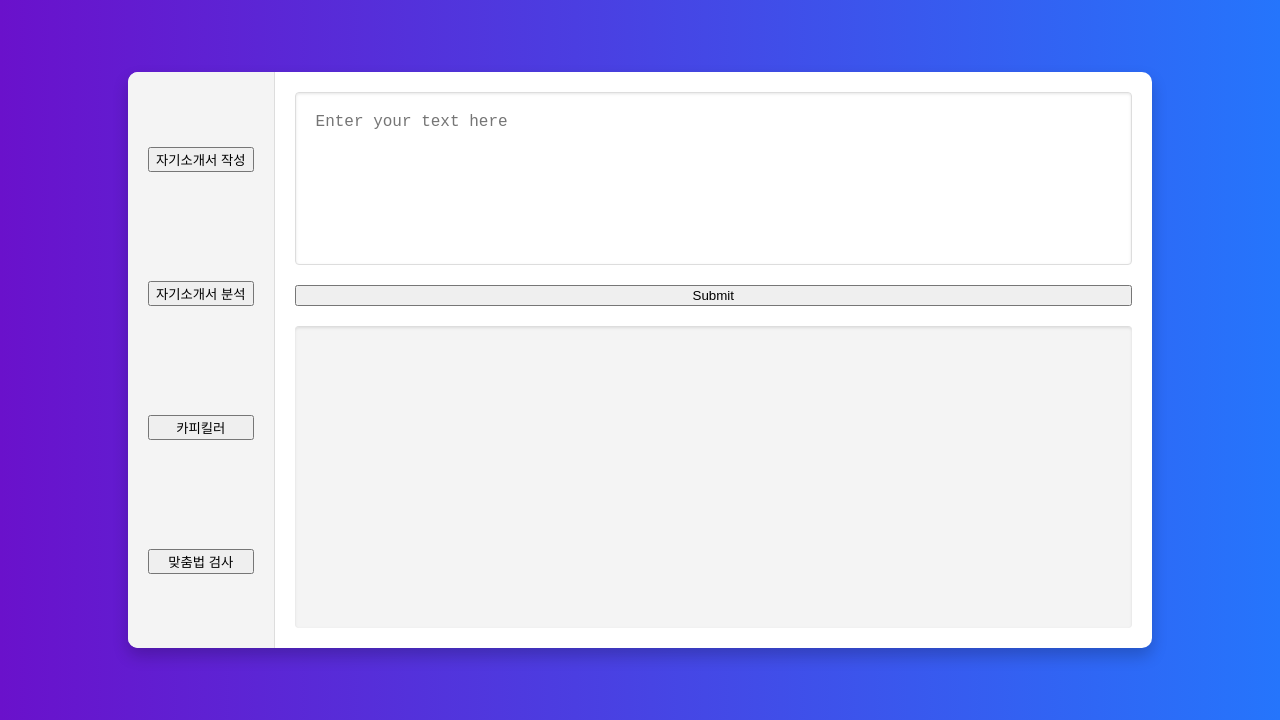
Repository: Choi9912/Flask_IntroduceGPT
Page: http://localhost/
These files come from the project's save history. The page is drawn as it stood at one moment and after the next save; the edit follows.
The browser window is 1280 px wide. The pictures show the whole page.
The page is served by the project's application, run on Flask 3 (app.py).

Above is the page before, as saved 2024-07-30 12:19:43.

### templates/index.html
<!doctype html>
<html lang="en">
<head>
    <meta charset="UTF-8">
    <title>AI Q&A</title>
    <link rel="stylesheet" href="{{ url_for('static', filename='style.css') }}">
</head>
<body>
    <div class="container">
        <div class="sidebar">
            <button id="sendBtn">자기소개서 작성</button>
            <button id="analyzeBtn">자기소개서 분석</button>
            <button id="plagiarismBtn">카피킬러</button>
            <button id="spellCheckBtn">맞춤법 검사</button>
        </div>
        <div class="content">
            <textarea id="inputArea" placeholder="Enter your text here" spellcheck="false"></textarea>
            <button id="actionBtn">Submit</button>
            <div id="output"></div>
        </div>
    </div>
    <script src="{{ url_for('static', filename='script.js') }}"></script>
</body>
</html>

### app.py
from flask import Flask, request, jsonify, render_template
import requests
import logging
import os

from dotenv import load_dotenv

load_dotenv()
API_URL = os.getenv('API_URL')
# Configure logging
logging.basicConfig(level=logging.DEBUG)

app = Flask(__name__)

class SelfIntroductionAnalyzer:
    def __init__(self, api_url):
        self.api_url = api_url

    def analyze(self, introduction, method):
        if method == 'iterative_refinement':
            return self.iterative_refinement(introduction)
        elif method == 'step_by_step':
            return self.step_by_step(introduction)
        elif method == 'few_shot':
            return self.few_shot(introduction)
        elif method == 'constraint_setting':
            return self.constraint_setting(introduction)
        else:
            return 'Error: Invalid method'

    def iterative_refinement(self, introduction):
        return self.send_request(self.create_messages(introduction))

    def step_by_step(self, introduction):
        steps = [
            "단계 1: 자기소개서를 분석합니다.",
            "단계 2: 주요 포인트와 주제를 식별합니다.",
            "단계 3: 구조와 일관성을 평가합니다."
        ]
        messages = self.create_messages(introduction, " ".join(steps))
        return self.send_request(messages)

    def few_shot(self, introduction):
        examples = [
            {"role": "user", "content": "자기소개서의 강점을 분석해주세요.", "role": "assistant", "content": "자기소개서의 강점은 명확한 목표 설정과 구체적인 경험 사례입니다."},
            {"role": "user", "content": "자기소개서에서 개선할 점을 알려주세요.", "role": "assistant", "content": "자기소개서의 개선할 점은 내용의 일관성과 논리적 흐름입니다."}
        ]
        messages = self.create_messages(introduction, examples=examples)
        return self.send_request(messages)

    def constraint_setting(self, introduction):
        constraints = "최대한 자세하게 알려주세요."
        messages = self.create_messages(introduction, constraints)
        return self.send_request(messages)

    def create_messages(self, introduction, additional_content="", examples=None):
        messages = [
            {"role": "system", "content": "당신은 자기소개서를 분석하는 AI입니다."},
            {"role": "user", "content": f"다음 자기소개서를 분석해주세요: {introduction} {additional_content}"}
        ]
        if examples:
            messages = [{"role": ex["role"], "content": ex["content"]} for ex in examples] + messages
        return messages

    def send_request(self, messages):
        try:
            response = requests.post(self.api_url, json=messages)
            response.raise_for_status()
            return response.json().get('choices')[0]['message']['content']
        except requests.RequestException as e:
            logging.error(f"Error in SelfIntroductionAnalyzer: {e}")
            return 'Error: Unable to get a response from the API'


class SelfIntroductionWriter:
    def __init__(self, api_url):
        self.api_url = api_url

    def write(self, prompt, method):
        if method == 'iterative_refinement':
            return self.iterative_refinement(prompt)
        elif method == 'step_by_step':
            return self.step_by_step(prompt)
        elif method == 'few_shot':
            return self.few_shot(prompt)
        elif method == 'constraint_setting':
            return self.constraint_setting(prompt)
        else:
            return 'Error: Invalid method'

    def iterative_refinement(self, prompt):
        return self.send_request(self.create_messages(prompt))

    def step_by_step(self, prompt):
        steps = [
            "단계 1. 소제목을 넣자: 자기소개서에 소제목을 추가합니다.",
            "단계 2. 두괄식으로 작성하자: 결론부터 말하고 자세한 내용을 덧붙입니다.",
            "단계 3. 문장을 간결하게, 문단을 나눠서 쓰자: 간결하고 명확한 문장을 사용하고, 적절한 문단 나누기로 가독성을 높입니다."
   ]
        messages = self.create_messages(prompt, " ".join(steps))
        return self.send_request(messages)

    def few_shot(self, prompt):
        examples = [
            {
                "role": "user",
                "content": "자기소개서를 작성해주세요.",
                "role": "assistant",
                "content": (
                    "① 경력 소개: 저는 열정적이고 성실한 사람입니다. "
                    "② 성장 과정: 다양한 경험을 통해 성장했습니다. "
                    "③ 결론: 저의 협력과 도전정신을 바탕으로 회사에 기여하고 싶습니다."
                )
            },
            {
                "role": "user",
                "content": "자기소개서의 핵심을 작성해주세요.",
                "role": "assistant",
                "content": (
                    "- 소개: 저는 협력과 도전정신을 중요시합니다. "
                    "- 경험: 항상 새로운 것을 배우고자 합니다. "
                    "- 목표: 이러한 태도로 귀사에 큰 기여를 하고 싶습니다."
                )
            }
        ]
        messages = self.create_messages(prompt, examples=examples)
        return self.send_request(messages)

    def constraint_setting(self, prompt):
        constraints = "소제목을 포함하고, 두괄식으로 작성하며, 문장을 간결하게 쓰고, 문단을 나누어 주세요."
        messages = self.create_messages(prompt, constraints)
        return self.send_request(messages)

    def create_messages(self, prompt, additional_content="", examples=None):
        messages = [
            {"role": "system", "content": "당신은 자기소개서를 작성하는 AI입니다."},
            {"role": "user", "content": f"다음 프롬프트로 자기소개서를 작성해주세요: {prompt} {additional_content}"}
        ]
        if examples:
            messages = [{"role": ex["role"], "content": ex["content"]} for ex in examples] + messages
        return messages

    def send_request(self, messages):
        try:
            response = requests.post(self.api_url, json=messages)
            response.raise_for_status()
            return response.json().get('choices')[0]['message']['content']
        except requests.RequestException as e:
            logging.error(f"Error in SelfIntroductionWriter: {e}")
            return 'Error: Unable to get a response from the API'



class PlagiarismDetector:
    def __init__(self, api_url):
        self.api_url = api_url

    def check_plagiarism(self, text, method):
        if method == 'iterative_refinement':
            return self.iterative_refinement(text)
        elif method == 'step_by_step':
            return self.step_by_step(text)
        elif method == 'few_shot':
            return self.few_shot(text)
        elif method == 'constraint_setting':
            return self.constraint_setting(text)
        else:
            return 'Error: Invalid method'

    def iterative_refinement(self, text):
        return self.send_request(self.create_messages(text))

    def step_by_step(self, text):
        steps = [
            "단계 1: 텍스트를 분석합니다.",
            "단계 2: 주요 포인트와 주제를 식별합니다.",
            "단계 3: 문장 구조와 단어 선택을 평가합니다.",
            "단계 4: 아이디어의 독창성을 평가합니다.",
            "단계 5: 다른 출처와의 유사성을 평가합니다."
        ]
        messages = self.create_messages(text, " ".join(steps))
        return self.send_request(messages)

    def few_shot(self, text):
        examples = [
            {"role": "user", "content": "다음 텍스트의 표절 여부를 검사해주세요.", "role": "assistant", "content": "이 텍스트는 다음 알려진 텍스트와 유사합니다: [알려진 텍스트]."},
            {"role": "user", "content": "이 텍스트는 표절인가요?", "role": "assistant", "content": "이 텍스트는 [알려진 텍스트]와 유사하므로 표절로 간주됩니다."}
        ]
        messages = self.create_messages(text, examples=examples)
        return self.send_request(messages)

    def constraint_setting(self, text):
        constraints = "텍스트의 모든 부분을 꼼꼼히 검사하고, 문장 구조, 단어 선택, 아이디어의 독창성을 고려하여 다른 출처와의 유사성을 평가해주세요."
        messages = self.create_messages(text, constraints)
        return self.send_request(messages)

    def create_messages(self, text, additional_content="", examples=None):
        messages = [
            {"role": "system", "content": "당신은 텍스트를 분석하여 표절 여부를 판단하는 AI입니다."},
            {"role": "user", "content": f"다음 텍스트의 표절 여부를 검사해주세요: {text} {additional_content}"}
        ]
        if examples:
            messages = [{"role": ex["role"], "content": ex["content"]} for ex in examples] + messages
        return messages

    def send_request(self, messages):
        try:
            response = requests.post(self.api_url, json=messages)
            response.raise_for_status()
            return response.json().get('choices')[0]['message']['content']
        except requests.RequestException as e:
            logging.error(f"Error in PlagiarismDetector: {e}")
            return 'Error: Unable to get a response from the API'



class SpellChecker:
    def __init__(self, api_url):
        self.api_url = api_url

    def check(self, text, method):
        if method == 'iterative_refinement':
            return self.iterative_refinement(text)
        elif method == 'step_by_step':
            return self.step_by_step(text)
        elif method == 'few_shot':
            return self.few_shot(text)
        elif method == 'constraint_setting':
            return self.constraint_setting(text)
        else:
            return 'Error: Invalid method'

    def iterative_refinement(self, text):
        return self.send_request(self.create_messages(text))

    def step_by_step(self, text):
        steps = [
            "단계 1: 텍스트를 분석합니다.",
            "단계 2: 철자 오류를 식별합니다.",
            "단계 3: 문법 오류를 식별합니다.",
            "단계 4: 문장 구조를 평가합니다.",
            "단계 5: 전체 텍스트의 일관성을 평가합니다."
        ]
        messages = self.create_messages(text, " ".join(steps))
        return self.send_request(messages)

    def few_shot(self, text):
        examples = [
            {"role": "user", "content": "다음 텍스트의 맞춤법을 검사해주세요.", "role": "assistant", "content": "이 텍스트에는 다음과 같은 철자 오류가 있습니다: [오류 예시]."},
            {"role": "user", "content": "이 텍스트의 문법 오류를 수정해주세요.", "role": "assistant", "content": "이 텍스트에는 다음과 같은 문법 오류가 있습니다: [오류 예시]."}
        ]
        messages = self.create_messages(text, examples=examples)
        return self.send_request(messages)

    def constraint_setting(self, text):
        constraints = "텍스트의 철자와 문법을 철저히 검사하고, 문장 구조와 일관성을 고려하여 전체 텍스트를 평가해주세요."
        messages = self.create_messages(text, constraints)
        return self.send_request(messages)

    def create_messages(self, text):
        return [
            {"role": "system", "content": "당신은 맞춤법 검사 AI입니다."},
            {"role": "user", "content": f"다음 글의 맞춤법을 확인해주세요: {text}"}
        ]

    def send_request(self, messages):
        try:
            response = requests.post(self.api_url, json=messages)
            response.raise_for_status()
            return response.json().get('choices')[0]['message']['content']
        except requests.RequestException as e:
            logging.error(f"Error in SpellChecker: {e}")
            return 'Error: Unable to get a response from the API'


class PromptOptimizerApp:
    def __init__(self, analyzer, writer, plagiarism_detector, spell_checker):
        self.app = Flask(__name__)
        self.analyzer = analyzer
        self.writer = writer
        self.plagiarism_detector = plagiarism_detector
        self.spell_checker = spell_checker
        self.setup_routes()

    def setup_routes(self):
        self.app.add_url_rule('/', 'index', self.index)
        self.app.add_url_rule('/generate', 'generate', self.generate, methods=['POST'])
        self.app.add_url_rule('/analyze', 'analyze', self.analyze_route, methods=['POST'])
        self.app.add_url_rule('/write', 'write', self.write_route, methods=['POST'])
        self.app.add_url_rule('/plagiarism_check', 'plagiarism_check', self.plagiarism_check_route, methods=['POST'])
        self.app.add_url_rule('/spell_check', 'spell_check', self.spell_check_route, methods=['POST'])

    def index(self):
        return render_template('index.html')

    def generate(self):
        data = request.get_json()
        question = data.get('question')
        logging.debug(f"Received question: {question}")

        answer = self.writer.iterative_refinement(question)
        return jsonify({'answer': answer})

    def analyze_route(self):
        data = request.get_json()
        introduction = data.get('introduction')
        method = data.get('method', 'iterative_refinement')  # Default to 'iterative_refinement'
        logging.debug(f"Received introduction: {introduction} with method: {method}")
        analysis = self.analyzer.analyze(introduction, method)
        return jsonify({'analysis': analysis})

    def write_route(self):
        data = request.get_json()
        prompt = data.get('prompt')
        method = data.get('method', 'iterative_refinement')  # Default to 'iterative_refinement'
        logging.debug(f"Received prompt: {prompt} with method: {method}")
        writing = self.writer.write(prompt, method)
        return jsonify({'writing': writing})

    def plagiarism_check_route(self):
        data = request.get_json()
        text = data.get('text')
        method = data.get('method', 'iterative_refinement')  # Default to 'iterative_refinement'
        logging.debug(f"Received text for plagiarism check: {text} with method: {method}")
        report = self.plagiarism_detector.check_plagiarism(text, method)

        return jsonify({'plagiarism_report': report})


    def spell_check_route(self):
        data = request.get_json()
        text = data.get('text')
        method = data.get('method', 'iterative_refinement')  # Default to 'iterative_refinement'
        logging.debug(f"Received text for spell check: {text} with method: {method}")
        report = self.spell_checker.check(text, method)
        return jsonify({'spell_check_report': report})

    def run(self):
        self.app.run(debug=True)

if __name__ == '__main__':
    analyzer = SelfIntroductionAnalyzer(API_URL)
    writer = SelfIntroductionWriter(API_URL)
    plagiarism_detector = PlagiarismDetector(API_URL)
    spell_checker = SpellChecker(API_URL)
    app_instance = PromptOptimizerApp(analyzer, writer, plagiarism_detector, spell_checker)
    app_instance.run()

### static/style.css
body {
    display: flex;
    justify-content: center;
    align-items: center;
    height: 100vh;
    margin: 0;
    font-family: 'Roboto', sans-serif;
    background: linear-gradient(to right, #6a11cb, #2575fc);
}

.container {
    display: flex;
    border-radius: 10px;
    box-shadow: 0 8px 16px rgba(0, 0, 0, 0.2);
    width: 80%;
    height: 80%;
    background-color: #ffffff;
    overflow: hidden;
    animation: fadeIn 1s ease-in-out;
}

.sidebar {
    display: flex;
    flex-direction: column;
    justify-content: space-around;
    padding: 20px;
    background-color: #f4f4f4;
    border-right: 1px solid #ddd;
    animation: slideIn 0.5s ease-in-out;
}

.sidebar-btn {
    padding: 15px;
    margin: 10px 0;
    border: none;
    border-radius: 4px;
    background-color: #007bff;
    color: #ffffff;
    cursor: pointer;
    font-size: 16px;
    transition: background-color 0.3s, box-shadow 0.3s, transform 0.3s;
}

.sidebar-btn:hover {
    background-color: #0056b3;
    box-shadow: 0 4px 8px rgba(0, 0, 0, 0.1);
    transform: translateY(-2px);
}

.content {
    flex: 1;
    display: flex;
    flex-direction: column;
    padding: 20px;
    position: relative;
    animation: fadeIn 1s ease-in-out;
}

#inputArea {
    flex: 1;
    margin-bottom: 20px;
    padding: 20px;
    font-size: 16px;
    border: 1px solid #ddd;
    border-radius: 4px;
    resize: none;
    box-shadow: inset 0 1px 3px rgba(0, 0, 0, 0.1);
    transition: border-color 0.3s, box-shadow 0.3s;
}

#inputArea:focus {
    border-color: #007bff;
    box-shadow: 0 0 5px rgba(0, 123, 255, 0.5);
}

.submit-btn {
    position: absolute;
    top: 20px;
    right: 20px;
    padding: 10px 20px;
    cursor: pointer;
    background-color: #007bff;
    color: #fff;
    border: none;
    border-radius: 4px;
    font-size: 16px;
    transition: background-color 0.3s, box-shadow 0.3s, transform 0.3s;
}

.submit-btn:hover {
    background-color: #0056b3;
    box-shadow: 0 4px 8px rgba(0, 0, 0, 0.1);
    transform: translateY(-2px);
}

#output {
    flex: 2;
    margin-top: 20px;
    border-top: 1px solid #ddd;
    padding: 20px;
    overflow-y: auto;
    background-color: #f4f4f4;
    border-radius: 4px;
    box-shadow: inset 0 1px 3px rgba(0, 0, 0, 0.1);
    animation: fadeIn 1s ease-in-out;
}

/* Animations */
@keyframes fadeIn {
    from { opacity: 0; }
    to { opacity: 1; }
}

@keyframes slideIn {
    from { transform: translateX(-100%); }
    to { transform: translateX(0); }
}

### static/script.js
document.addEventListener('DOMContentLoaded', function() {
    const sendBtn = document.getElementById('sendBtn');
    const analyzeBtn = document.getElementById('analyzeBtn');
    const plagiarismBtn = document.getElementById('plagiarismBtn');
    const spellCheckBtn = document.getElementById('spellCheckBtn');
    const actionBtn = document.getElementById('actionBtn');
    const inputArea = document.getElementById('inputArea');
    const outputDiv = document.getElementById('output');

    let currentAction = null;

    sendBtn.addEventListener('click', () => {
        currentAction = 'generate';
        inputArea.placeholder = 'Enter your question here';
    });

    analyzeBtn.addEventListener('click', () => {
        currentAction = 'analyze';
        inputArea.placeholder = 'Enter your self-introduction here';
    });

    plagiarismBtn.addEventListener('click', () => {
        currentAction = 'plagiarism_check';
        inputArea.placeholder = 'Enter your text for plagiarism check';
    });

    spellCheckBtn.addEventListener('click', () => {
        currentAction = 'spell_check';
        inputArea.placeholder = 'Enter your text for spell check';
    });

    actionBtn.addEventListener('click', () => {
        const text = inputArea.value;
        if (text.trim() === '' || !currentAction) return;

        let url;
        const body = {};

        switch (currentAction) {
            case 'generate':
                url = '/generate';
                body.question = text;
                break;
            case 'analyze':
                url = '/analyze';
                body.introduction = text;
                body.method = 'iterative_refinement'; // Default method
                break;
            case 'plagiarism_check':
                url = '/plagiarism_check';
                body.text = text;
                body.method = 'iterative_refinement'; // Default method
                break;
            case 'spell_check':
                url = '/spell_check';
                body.text = text;
                body.method = 'iterative_refinement'; // Default method
                break;
            default:
                return;
        }

        console.log(`Sending request to ${url} with body:`, body);

        actionBtn.disabled = true;
        outputDiv.textContent = 'Loading...';

        fetch(url, {
            method: 'POST',
            headers: {
                'Content-Type': 'application/json'
            },
            body: JSON.stringify(body)
        })
        .then(response => response.json())
        .then(data => {
            console.log('Received response:', data);
            let resultText;
            switch (currentAction) {
                case 'generate':
                    resultText = `Generated Response: ${data.answer || 'No response'}`;
                    break;
                case 'analyze':
                    resultText = `Analysis Result: ${data.analysis || 'No response'}`;
                    break;
                case 'plagiarism_check':
                    resultText = `Plagiarism Report: ${data.plagiarism_report || 'No report'}`;
                    break;
                case 'spell_check':
                    resultText = `Spell Check Report: ${data.spell_check_report || 'No report'}`;
                    break;
                default:
                    resultText = 'No valid action performed.';
            }
            outputDiv.textContent = resultText;
        })
        .catch(error => {
            console.error('Error:', error);
            outputDiv.textContent = 'Error: Unable to get a response from the server.';
        })
        .finally(() => {
            // Re-enable the action button and clear the input
            actionBtn.disabled = false;
            inputArea.value = '';
        });
    });
});

After the next save:
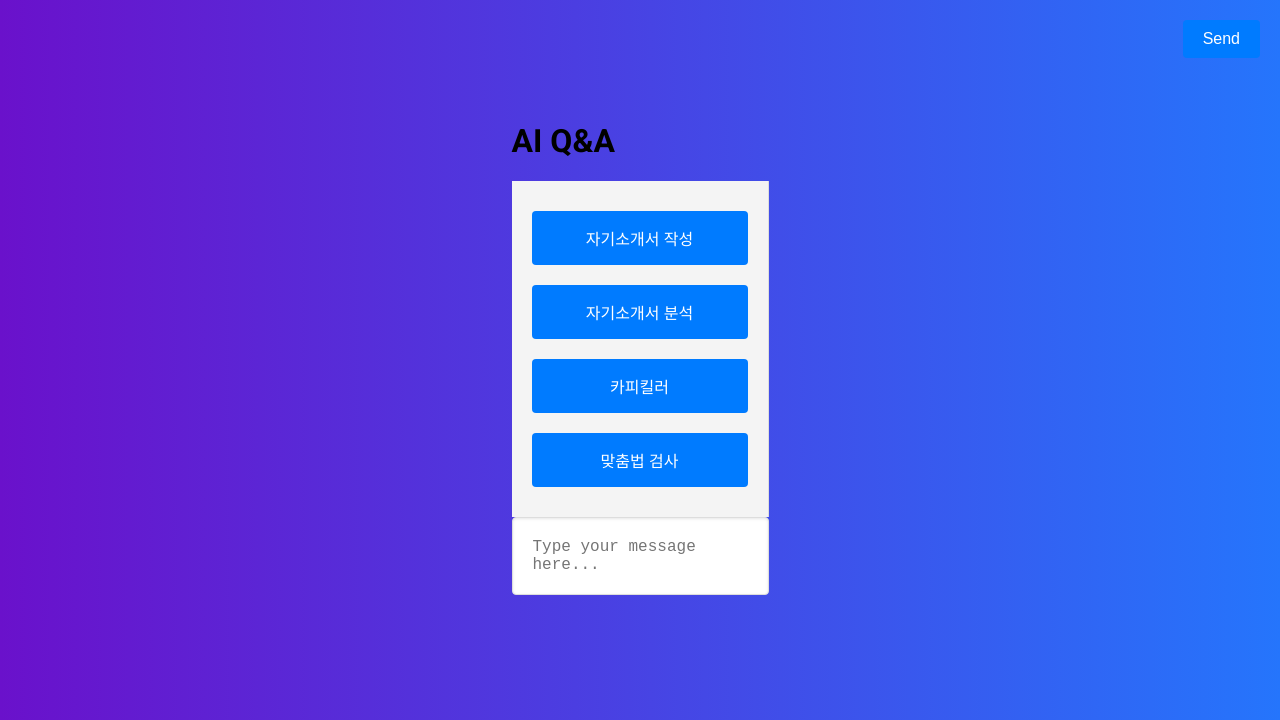
Saved 3 min 20 s later.
--- a/templates/index.html
+++ b/templates/index.html
@@ -3,22 +3,31 @@
 <head>
     <meta charset="UTF-8">
     <title>AI Q&A</title>
-    <link rel="stylesheet" href="{{ url_for('static', filename='style.css') }}">
+    <link rel="stylesheet" href="style.css">
+    <link href="https://fonts.googleapis.com/css2?family=Roboto:wght@400;500;700&display=swap" rel="stylesheet">
+    <meta name="viewport" content="width=device-width, initial-scale=1.0">
 </head>
 <body>
-    <div class="container">
-        <div class="sidebar">
-            <button id="sendBtn">자기소개서 작성</button>
-            <button id="analyzeBtn">자기소개서 분석</button>
-            <button id="plagiarismBtn">카피킬러</button>
-            <button id="spellCheckBtn">맞춤법 검사</button>
+    <div class="app-container">
+        <div class="header">
+            <h1>AI Q&A</h1>
         </div>
-        <div class="content">
-            <textarea id="inputArea" placeholder="Enter your text here" spellcheck="false"></textarea>
-            <button id="actionBtn">Submit</button>
-            <div id="output"></div>
+        <div class="main-content">
+            <div class="sidebar">
+                <button class="sidebar-btn" id="sendBtn">자기소개서 작성</button>
+                <button class="sidebar-btn" id="analyzeBtn">자기소개서 분석</button>
+                <button class="sidebar-btn" id="plagiarismBtn">카피킬러</button>
+                <button class="sidebar-btn" id="spellCheckBtn">맞춤법 검사</button>
+            </div>
+            <div class="chat-container">
+                <div id="chat-box">
+                    <!-- Chat messages will be appended here -->
+                </div>
+                <textarea id="inputArea" placeholder="Type your message here..." spellcheck="false"></textarea>
+                <button class="submit-btn" id="actionBtn">Send</button>
+            </div>
         </div>
     </div>
-    <script src="{{ url_for('static', filename='script.js') }}"></script>
+    <script src="script.js"></script>
 </body>
 </html>
